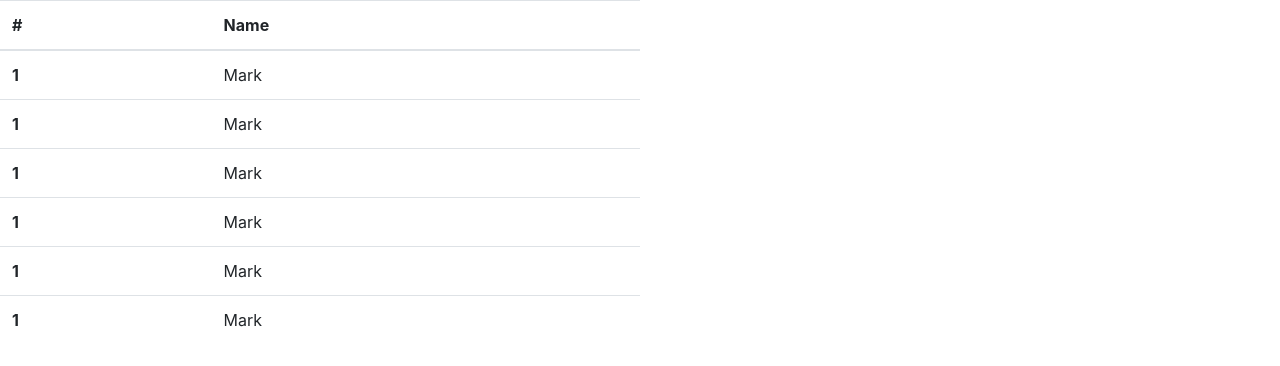
Repository: anhtu2110/backend
Page: http://localhost/backend/section-30_part_2/index.php
These files come from the project's save history. The page is drawn as it stood at one moment and after the next save; the edit follows.
The browser window is 1280 px wide. The pictures show the whole page.
The page is run by PHP 8.4 with error messages shown; the project is at /var/www/html/.

Above is the page before, as saved 2022-12-06 16:25:37.

After the next save:
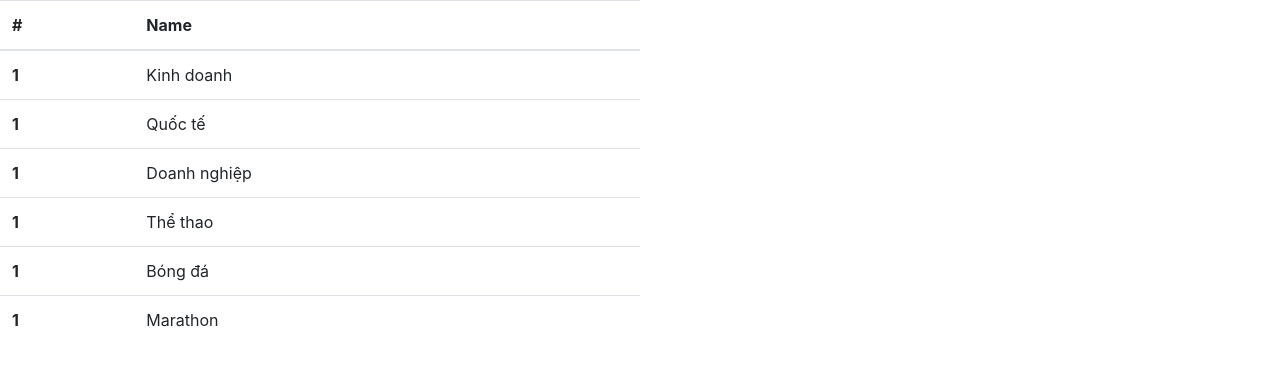
Saved 53 s later.
--- a/section-30_part_2/index.php
+++ b/section-30_part_2/index.php
@@ -130,7 +130,7 @@ $result = data_tree($data);
             ?>
                 <tr>
                     <th scope="row">1</th>
-                    <td>Mark</td>
+                    <td><?php echo $item['name'] ?></td>
                 </tr>
             <?php
             }
